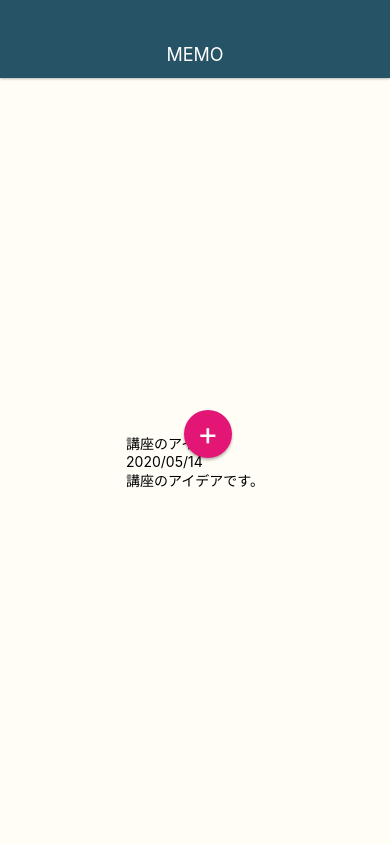
Repository: NagataRyuji0630/memo_app_for_reactNative
Page: /
The author's editor kept a copy of each file at every save. The page is drawn from the files as they stood at one save, then again after the next save.
The browser window is 390 px wide. The pictures show the whole page.
The app was drawn by React Native's web renderer in a window 390 px wide. The project was rebuilt for these pictures with package versions that can differ from the ones it lists, and the page was loaded fresh each time. Also part of the build but not shown: src/components/MemoList.jsx, src/screens/MemoListScreen.jsx.

Above is the page before, as saved 2020-05-14 09:58:57.

After the next save:
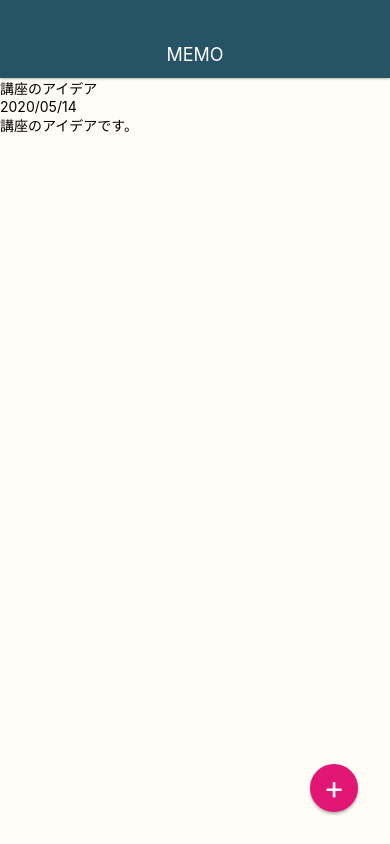
Saved 10 s later.
--- a/src/screens/MemoDetailScreen.jsx
+++ b/src/screens/MemoDetailScreen.jsx
@@ -17,7 +17,7 @@ const styles = StyleSheet.create({
 class MemoDetailScreen extends Component {
     render() {
         return (
-            <View>
+            <View style={styles.containar}>
                 <View style={styles.memoHeader}>
                     <Text style={styles.memoHeaderTitle}>講座のアイデア</Text>
                     <Text style={styles.memoHeaderDate}>2020/05/14</Text>
